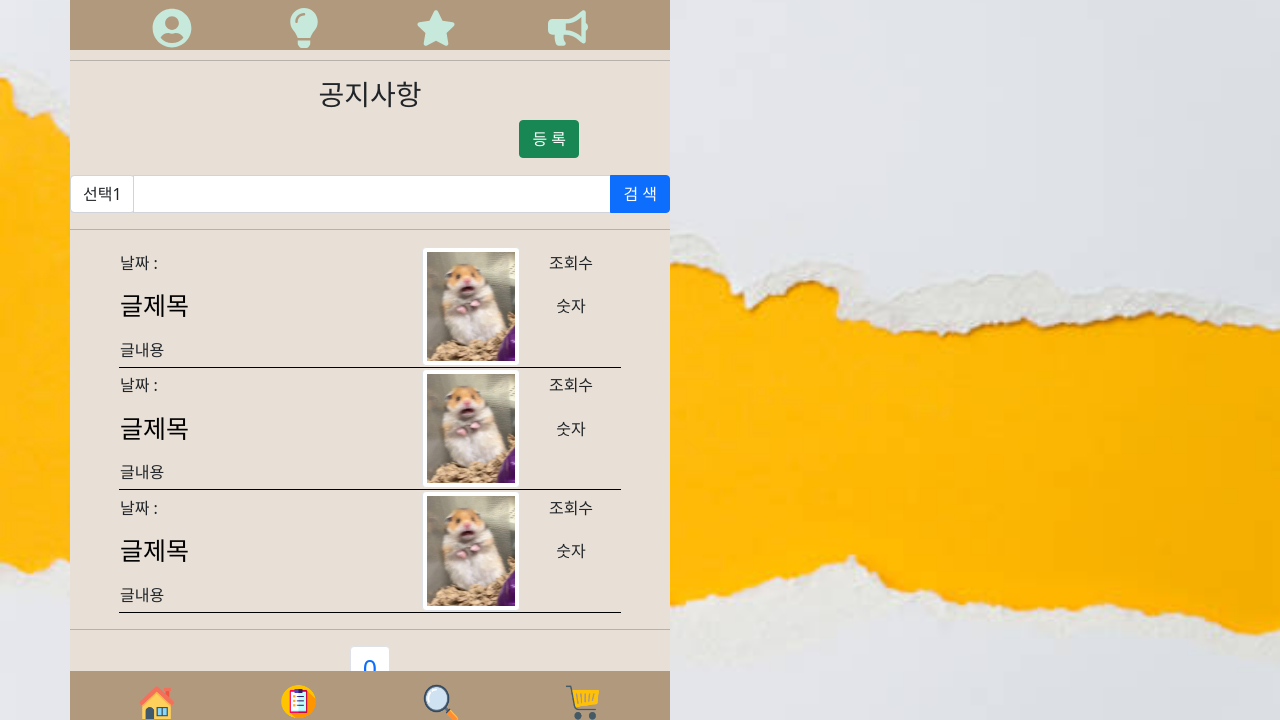
Repository: heegyu97/project
Page: http://localhost/0801_mvc2/WEB-INF/views/notice/notice.jsp
These files come from the project's save history. The page is drawn as it stood at one moment and after the next save; the edit follows.
The browser window is 1280 px wide. The pictures show the whole page.
An inner scrolling area shows only its first screen. Some web libraries are served in a nearby version. The page is served by Tomcat 9. Nobody is signed in. Other server files are loaded and not shown. The template is opened directly, without the code that normally fills it, so the values that code supplies are empty.

Above is the page before, as saved 2022-08-11 05:57:45.

### 0720/0801_mvc2/src/main/webapp/WEB-INF/views/notice/notice.jsp
<%@ page language="java" contentType="text/html; charset=UTF-8"
    pageEncoding="UTF-8"%>
<%@ taglib uri="http://java.sun.com/jsp/jstl/core" prefix="c"%>
<!DOCTYPE html>
<html>
	<head>
		<meta charset="UTF-8">
		<title>냥냥라이프</title>
		<%@ include  file ="/WEB-INF/views/style_link.jsp" %>
		<style type="text/css">
		table{
			margin-left: auto;
			margin-right: auto;
			table-layout: fixed;
		}
		div.pname{
			width: 300px;
			white-space: nowrap;
		 	overflow: hidden;
 			text-overflow: ellipsis;
		}
		a{
			text-decoration : none;
			color: black;
			font-size: 25px;
		}

		</style>
	</head>
	<body>
	<%@ include file="/WEB-INF/views/header.jsp"%>


	<hr>

		<table>
			<col class="w-25">



			<tbody >
				<tr>
					<td class="text-center">
						<h3> 공지사항 </h3>
						<a href="${pageContext.request.contextPath}/notice/noticewriteform">
							<button  class="btn btn-success float-right mb-3">등 록</button>
						</a>
					</td>

				</tr>
			</tbody>
		</table>


		<form action="${pageContext.request.contextPath}/product/list" method="get">
			<div class="input-group">
				<div class="input-group-prepend">
					<select class="form-control" id="searchOption" name="searchOption">
						<option value="prdt_name"
							<c:if test="${search_dto.searchOption == 'prdt_name'}">selected="selected"</c:if>
						> 선택1 </option>
						<option value="mid"
							<c:if test="${search_dto.searchOption == 'mid'}">selected="selected"</c:if>
						> 선택2 </option>
					</select>
				</div>
				<input type="text" class="form-control" id="searchWord" name="searchWord"
						value="${search_dto.searchWord}">
				<div class="input-group-append">
					<button type="submit" class="btn btn-primary"> 검 색 </button>
				</div>
			</div>
		</form>


		<hr>


		<table>

			<tbody>
					<c:forEach  begin="1" end="3">
						<tr>
							<td width="300px" >날짜 :  </td>
							<td width="100px" rowspan="3">
								<a href="${pageContext.request.contextPath}/guest/detail">
								<img src="${pageContext.request.contextPath}/resources/img/bg.jpeg" class="img-thumbnail ">
								</a>
							</td>
							<td width="100px" style="text-align: center">조회수</td>
						</tr>
						<tr>

							<td width="300px">
								<div class="pname">
								<a href="${pageContext.request.contextPath}/tip/tipdetail?tip_no=${dto.tip_no}">
									글제목
								</a>
								</div>
							</td>
							<td style="text-align: center">숫자</td>
						</tr>
						<tr style="border-bottom: 1px solid black"><td width="300px" >글내용</td></tr>
					</c:forEach>

			</tbody>
		</table>

		<hr>
		<%-- 페이징 --%>
		<ul class="pagination">
			<c:if test="${startPageNum > 10}">
				<li class="page-item mx-auto">
					<a class="page-link"
						href="${pageContext.request.contextPath}/product/list?userWantPage=${startPageNum-1}&searchOption=${search_dto.searchOption}&searchWord=${search_dto.searchWord}">
						Previous
					</a>
				</li>
			</c:if>
			<c:forEach var="page_no" begin="${startPageNum}" end="${endPageNum}">
				<c:choose>
					<c:when test="${page_no == userWantPage}">
						<li class="page-item active mx-auto">
							<a class="page-link">${page_no}</a>
						</li>
					</c:when>
					<c:otherwise>
						<li class="page-item mx-auto">
							<a class="page-link"
								href="${pageContext.request.contextPath}/product/list?userWantPage=${page_no}&searchOption=${search_dto.searchOption}&searchWord=${search_dto.searchWord}">
								${page_no}
							</a>
						</li>
					</c:otherwise>
				</c:choose>
			</c:forEach>
			<c:if test="${lastPageNum > endPageNum}">
				<li class="page-item mx-auto">
					<a class="page-link"
						href="${pageContext.request.contextPath}/product/list?userWantPage=${endPageNum+1}&searchOption=${search_dto.searchOption}&searchWord=${search_dto.searchWord}">
						Next
					</a>
				</li>
			</c:if>
		</ul>
		<hr>

		<%@ include file="/WEB-INF/views/footer.jsp"%>
	</body>
</html>

### 0720/0801_mvc2/src/main/webapp/WEB-INF/views/style_link.jsp
<%@ page language="java" contentType="text/html; charset=UTF-8"
    pageEncoding="UTF-8"%>
<%@ taglib uri="http://java.sun.com/jsp/jstl/core" prefix="c" %>

<script
	src="https://ajax.googleapis.com/ajax/libs/jquery/3.6.0/jquery.min.js"></script>
<link rel="stylesheet"
	href="https://cdn.jsdelivr.net/npm/bootstrap@4.6.1/dist/css/bootstrap.min.css">
<script
	src="https://cdn.jsdelivr.net/npm/popper.js@1.16.1/dist/umd/popper.min.js"></script>
<script
	src="https://cdn.jsdelivr.net/npm/bootstrap@4.6.1/dist/js/bootstrap.bundle.min.js"></script>

<!-- CKEDITOR -->
<script src="//cdn.ckeditor.com/4.19.0/full/ckeditor.js"></script>

<!-- bootstrap to icon -->
<script defer
	src="https://use.fontawesome.com/releases/v5.0.8/js/solid.js"
	integrity="sha384-+Ga2s7YBbhOD6nie0DzrZpJes+b2K1xkpKxTFFcx59QmVPaSA8c7pycsNaFwUK6l"
	crossorigin="anonymous"></script>
<script defer
	src="https://use.fontawesome.com/releases/v5.0.8/js/fontawesome.js"
	integrity="sha384-7ox8Q2yzO/uWircfojVuCQOZl+ZZBg2D2J5nkpLqzH1HY0C1dHlTKIbpRz/LG23c"
	crossorigin="anonymous"></script>
<link
	href="https://cdn.jsdelivr.net/npm/bootstrap@5.0.2/dist/css/bootstrap.min.css"
	rel="stylesheet"
	integrity="sha384-EVSTQN3/azprG1Anm3QDgpJLIm9Nao0Yz1ztcQTwFspd3yD65VohhpuuCOmLASjC"
	crossorigin="anonymous">
<!-- main 기준 공용 -->
<link rel="stylesheet"
	href= "${pageContext.request.contextPath}/resources/E1I3/CSS/style_share.css">
<!-- nav 버튼 사이 거리 조정 -->
<link rel="stylesheet"
	href="${pageContext.request.contextPath}/resources/E1I3/CSS/style_hf.css">

### 0720/0801_mvc2/src/main/webapp/WEB-INF/views/header.jsp
<%@ page language="java" contentType="text/html; charset=UTF-8"
	pageEncoding="UTF-8"%>
<%@ taglib uri="http://java.sun.com/jsp/jstl/core" prefix="c"%>
<div class="container">
	<div class="row">
		<div id="aaa" class="col-lg-6 ">
			<iframe id="bbb" name="adver-frame"
				src="${pageContext.request.contextPath}/adver"></iframe>
		</div>


		<!-- 화면 나누기 :home 화면 오른쪽 : iframe to main -->
		<div id="ccc" class="col-lg-6">
			<!-- footer col6 -->
			<div class="nav">
				<!-- MENU -->
				<section class="servics">
					<div class="icons">
						<div class="child icon1">
							<a class="nav-link" href="${pageContext.request.contextPath}/home">
								<i class="fa fa-user-circle" style="width:40px; height:40px; color: #C6E9DC" ></i>
							</a>
						</div>

						<div class="child icon2">
							<a class="nav-link" href="${pageContext.request.contextPath}/tip/tip">
								<i class="fa fa-lightbulb" style="width:40px; height:40px; color: #C6E9DC" ></i>
							</a>
						</div>
						<div class="child icon3">
							<a class="nav-link" href="${pageContext.request.contextPath}/ddd">
								<i class="fa fa-star" style="width:40px; height:40px; color: #C6E9DC" ></i>
							</a>
						</div>
						<div class="child icon4">
							<a class="nav-link"
								href="${pageContext.request.contextPath}/home"> <i
								class="fa fa-bullhorn" style="width:40px; height:40px; color: #C6E9DC" ></i>
							</a>
						</div>
					</div>
				</section>

			</div>
			<main>
				<!-- 여백 -->
				<h3 style="margin-bottom: 60px"></h3>

### 0720/0801_mvc2/src/main/webapp/WEB-INF/views/footer.jsp
<%@ page language="java" contentType="text/html; charset=UTF-8"
	pageEncoding="UTF-8"%>
	<h3 style="margin-top: 120px"></h3>
</main>
<div class="nav" style="bottom: -1px;">
	<!-- MENU -->
	<section class="servics">
		<div class="icons">
			<c:choose>
				<c:when test="${login_info.m_type eq 'manager'}">
					<div class="child icon4">
						<!-- 경로만 변경 - 판매자 home/main -->
						<a class="nav-link" href="${pageContext.request.contextPath}/manager/managerMain">
							<img src = "${pageContext.request.contextPath}/resources/img/i_cart.png" style="width:50px; height:50px;" >
						</a>
					</div>
				</c:when>

				<c:when test="${login_info.m_type eq 'seller' }">
					<div class="child icon4">
						<!-- 경로만 변경 - 판매자 home/main -->
						<a class="nav-link" href="${pageContext.request.contextPath}/seller/sellerMain">
							<img src = "${pageContext.request.contextPath}/resources/img/i_cart.png" style="width:50px; height:50px;" >
						</a>
					</div>
				</c:when>
				<c:otherwise>
					<div class="child icon1">
							<a class="nav-link" href="${pageContext.request.contextPath}/home">
								<img src = "${pageContext.request.contextPath}/resources/img/i_home.png" style="width:50px; height:50px;" >
							</a>
						</div>
						<div class="child icon2">
							<a class="nav-link" href="${pageContext.request.contextPath}/guest/KategorieList">
								<img src = "${pageContext.request.contextPath}/resources/img/i_list.png" style="width:50px; height:50px;" >
							</a>
						</div>
						<div class="child icon3">
							<a class="nav-link" href="${pageContext.request.contextPath}/guest/productList">
								<img src = "${pageContext.request.contextPath}/resources/img/i_search.png" style="width:50px; height:50px;" >
							</a>
						</div>
						<div class="child icon4">
						<c:choose>
							<c:when test="${login_info.m_type eq 'guest'}">
							<a class="nav-link" href="${pageContext.request.contextPath}/basket/basketlist">
							</c:when>
							<c:otherwise>
							<a class="nav-link" href="${pageContext.request.contextPath}/home">
							</c:otherwise>
						</c:choose>
								<img src = "${pageContext.request.contextPath}/resources/img/i_cart.png" style="width:50px; height:50px;" >
							</a>
						</div>
				</c:otherwise>
			</c:choose>
		</div>
	</section>

</div>
</div>
<!-- col6 -->
</div>
<!-- row  -->
</div>
<!-- contain  -->

### 0720/0801_mvc2/src/main/webapp/resources/E1I3/CSS/style_share.css
@charset "UTF-8";

.servics{
   width: 100%;
   text-align: center;
}
.icons{
	display: flex;
	justify-content: center;
}
.child{
	text-align: center;
}

body{
 	background-image: url('http://localhost:8081/ictedu/resources/img/back.jpg');
	background-repeat: no-repeat;
 	background-position: center;
	background-size: cover;
}

main{
	width : 600px;
}

.nav{
		display : inline-block;
		width : 600px;
		height : 50px;
		z-index: 2;
		background-color: #B1997D;
		position: fixed;
}



#adver-frame {width : 100%;height : 100%}
	@media only screen and (max-width : 1400px ){
	#aaa{
		display: none;
	}

}


#ccc{
	display : inline-block;
  	height: 100vh;
  	background-color : #E8E0D6;
}

::-webkit-scrollbar {
	display: none;
}


#bbb,#ccc {

  	padding: 0px;
  	margin: 0px;
 	overflow: auto;
	width: 600px;
	min-width: 600px;
}
#bbb {
	list-style-type: none;
  	height: 100%;
 	position: fixed;
}

### 0720/0801_mvc2/src/main/webapp/resources/E1I3/CSS/style_hf.css
@charset "UTF-8";

.icon1, .icon2, .icon3{
	margin-right: 10%;
}

After the next save:
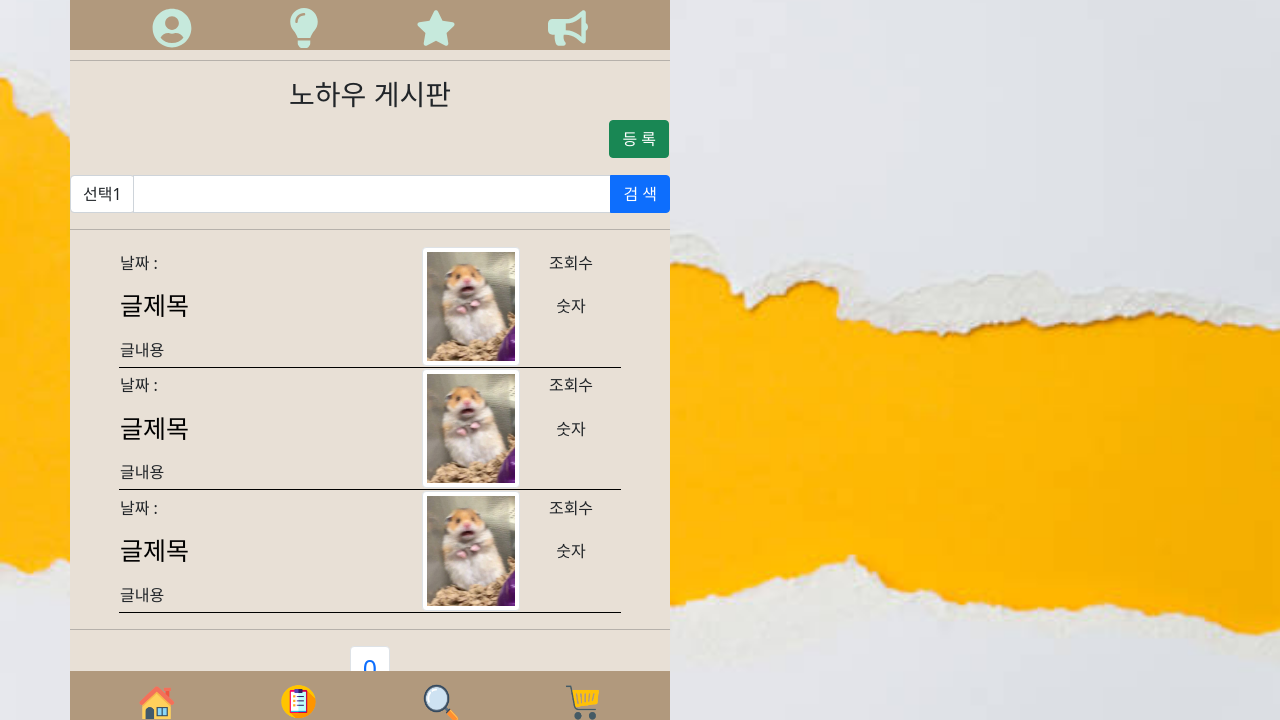
Saved 67 s later.
--- a/0720/0801_mvc2/src/main/webapp/WEB-INF/views/notice/notice.jsp
+++ b/0720/0801_mvc2/src/main/webapp/WEB-INF/views/notice/notice.jsp
@@ -41,8 +41,8 @@
 			<tbody >
 				<tr>
 					<td class="text-center">
-						<h3> 공지사항 </h3>
-						<a href="${pageContext.request.contextPath}/notice/noticewriteform">
+						<h3>노하우 게시판</h3>
+						<a href="${pageContext.request.contextPath}/tip/tipwriteform">
 							<button  class="btn btn-success float-right mb-3">등 록</button>
 						</a>
 					</td>

After the save that followed:
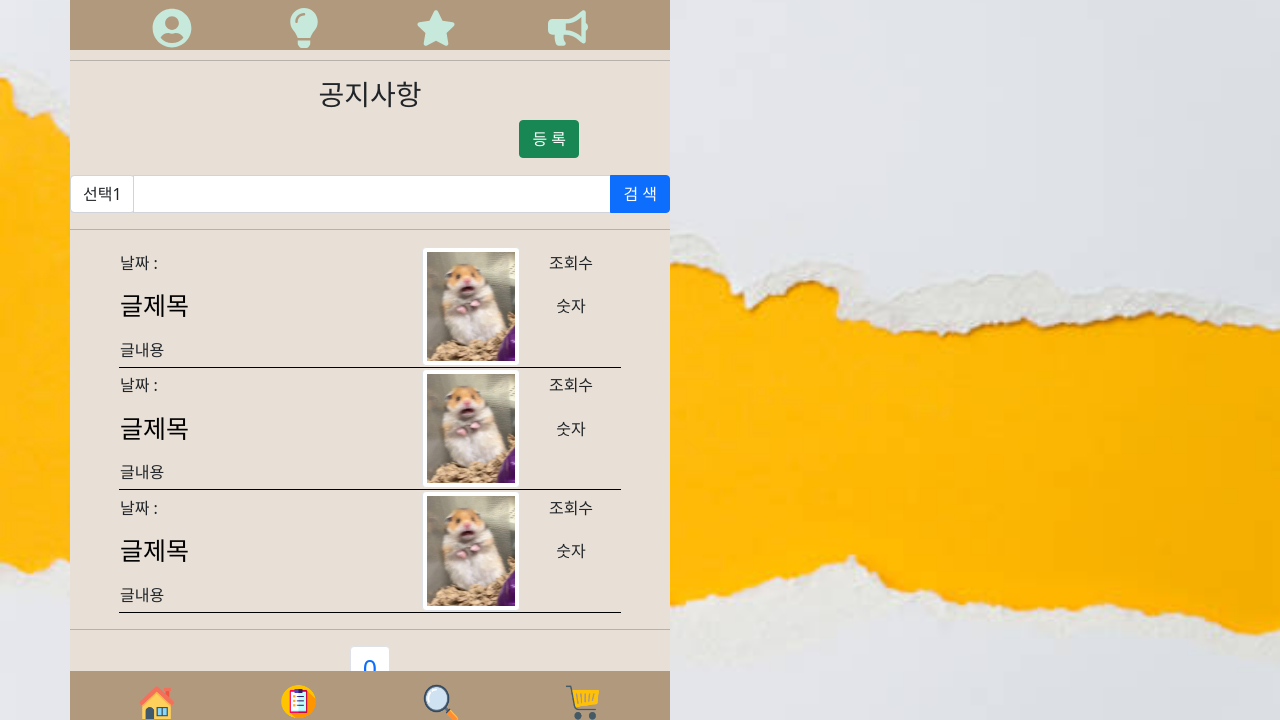
Saved 11 s later.
--- a/0720/0801_mvc2/src/main/webapp/WEB-INF/views/notice/notice.jsp
+++ b/0720/0801_mvc2/src/main/webapp/WEB-INF/views/notice/notice.jsp
@@ -41,7 +41,7 @@
 			<tbody >
 				<tr>
 					<td class="text-center">
-						<h3>노하우 게시판</h3>
+						<h3>공지사항</h3>
 						<a href="${pageContext.request.contextPath}/tip/tipwriteform">
 							<button  class="btn btn-success float-right mb-3">등 록</button>
 						</a>
